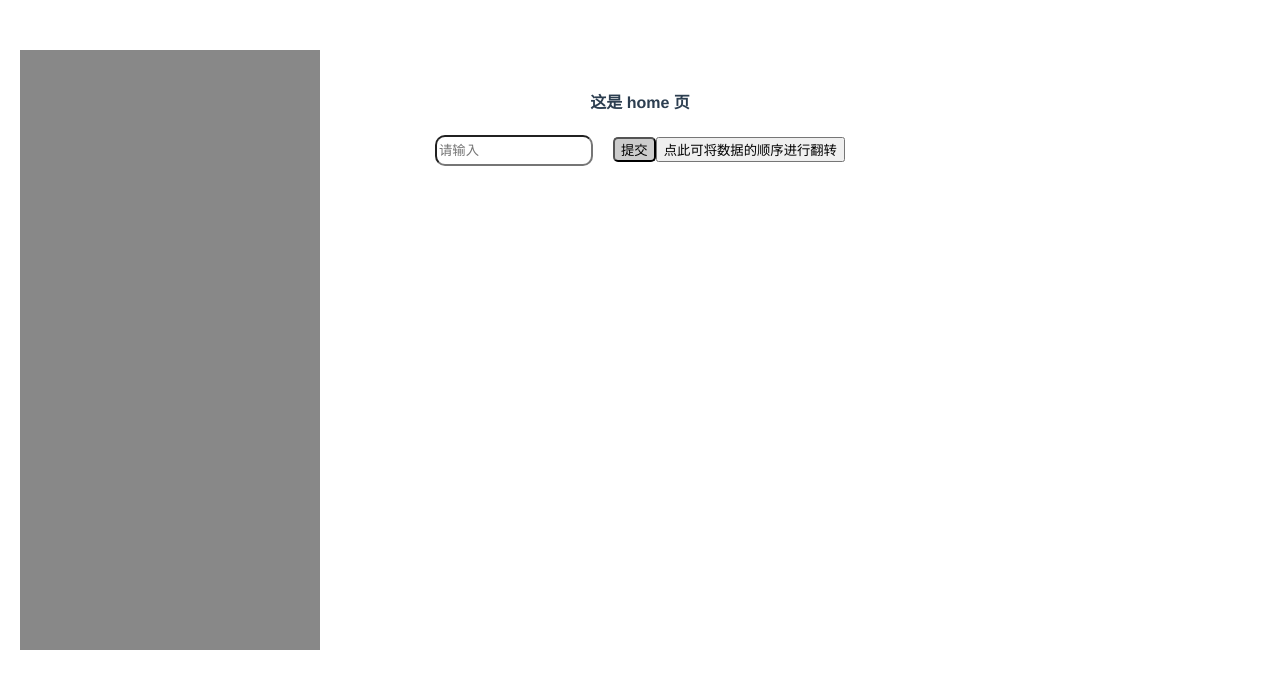
Repository: z-xy-git/demofirst
Page: /
The author's editor kept a copy of each file at every save. The page is drawn from the files as they stood at one save, then again after the next save.
The browser window is 1280 px wide. The pictures show the whole page.
The project was rebuilt for these pictures with package versions that can differ from the ones it lists, and the page was loaded fresh each time.

Above is the page before, as saved 2021-02-25 11:38:09.

### src/App.vue
<template>
  <div id="app">
    <div id="nav">
    </div>
    <router-view/>
  </div>
</template>

<style>
#app {
  font-family: Avenir, Helvetica, Arial, sans-serif;
  -webkit-font-smoothing: antialiased;
  -moz-osx-font-smoothing: grayscale;
  text-align: center;
  color: #2c3e50;
}

#nav {
  padding: 30px;
}

#nav a {
  font-weight: bold;
  color: #2c3e50;
}

#nav a.router-link-exact-active {
  color: #42b983;
}
</style>

### src/views/Home.vue
<template>
  <div class="home">
    <h4>这是 home 页</h4>
    <input type="text" v-model="inputData" placeholder="请输入" class="input-style">
    <button @click="btnclick" class="btn-style">提交</button>
    <button @click="reverseItemData" btn-style>点此可将数据的顺序进行翻转</button>
    <div class="show-data">
      <p class="p" v-for="(item) in inputDataArr" :key="item">{{item}}</p>
    </div>
  </div>
</template>

<script>
// @ is an alias to /src

export default {
  name: 'Home',
  components: {
  },
  data(){
    return{
      inputData: '',
      inputDataArr: []
    }
  },
  methods:{
    btnclick() {
      // this.$router.push('/about');
      console.log(this.inputData);
      // this.$el.querySelector('.p').innerHTML = this.inputData;
      this.inputDataArr.push(this.inputData);
    },
    reverseItemData(){
      this.inputDataArr.reverse;
    }
  }
}
</script>
<style>
  .input-style{
    margin-right: 20px;
    outline: none;
    border-radius: 10px;
    width: 150px;
    height: 25px;
  }
  .btn-style{
    outline: none;
    border-radius: 5px;
    background-color: #ccc;
  }
  .show-data{
    position: absolute;
    left: 20px;
    top: 50px;
    width: 300px;
    height: 600px;
    background-color: #888;
    color: #fff;
  }
</style>

Loaded but not shown: public/index.html (common file); src/main.js (common file); src/router/index.js (common file); src/store/index.js (common file)

After the next save:
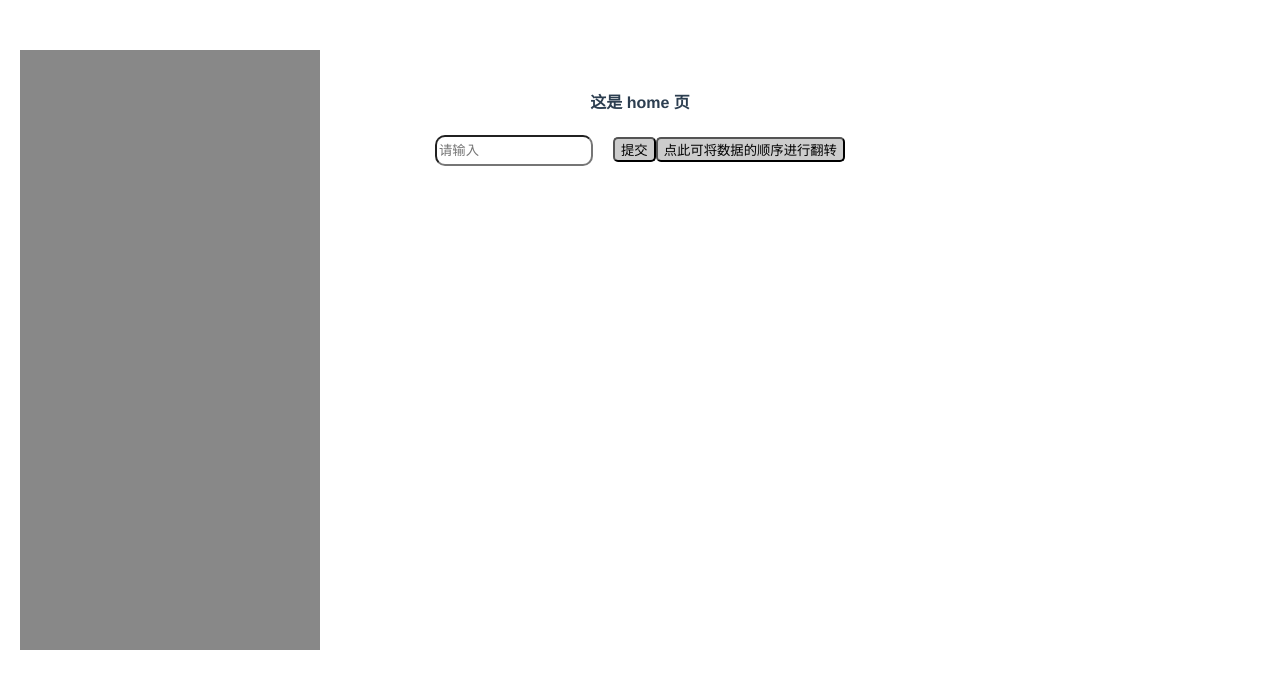
Saved 24 s later.
--- a/src/views/Home.vue
+++ b/src/views/Home.vue
@@ -3,7 +3,7 @@
     <h4>这是 home 页</h4>
     <input type="text" v-model="inputData" placeholder="请输入" class="input-style">
     <button @click="btnclick" class="btn-style">提交</button>
-    <button @click="reverseItemData" btn-style>点此可将数据的顺序进行翻转</button>
+    <button @click="reverseItemData" class="btn-style">点此可将数据的顺序进行翻转</button>
     <div class="show-data">
       <p class="p" v-for="(item) in inputDataArr" :key="item">{{item}}</p>
     </div>
